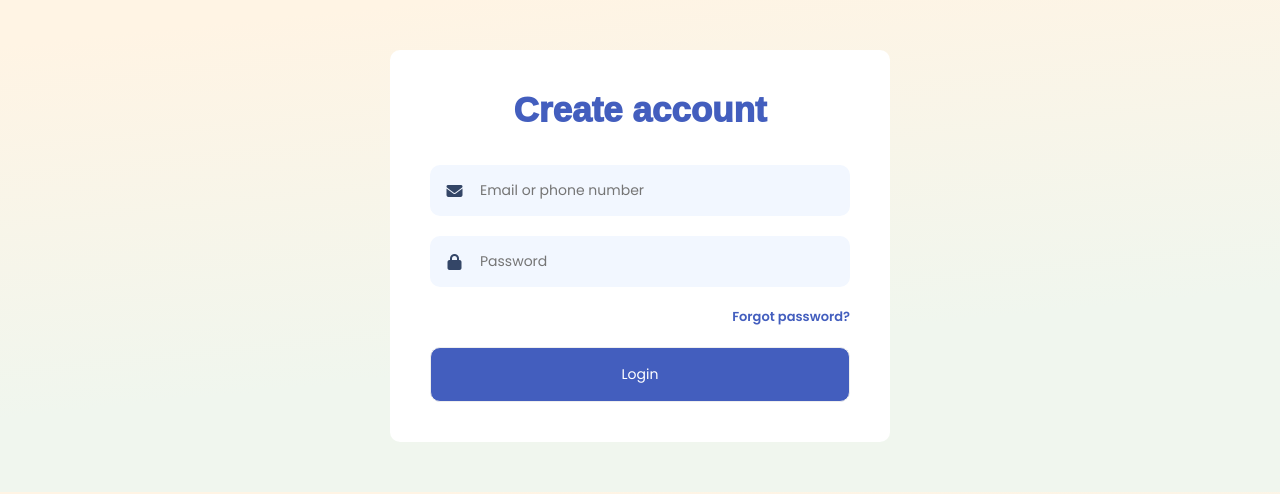
Repository: VuTuanAnh0949/loginForm
Page: index.html
An editor plug-in stored every save of this project. The page is shown before and after the next save, followed by the edit.
The browser window is 1280 px wide. The pictures show the whole page.

Above is the page before, as saved 2022-04-15 21:10:52.

After the next save:
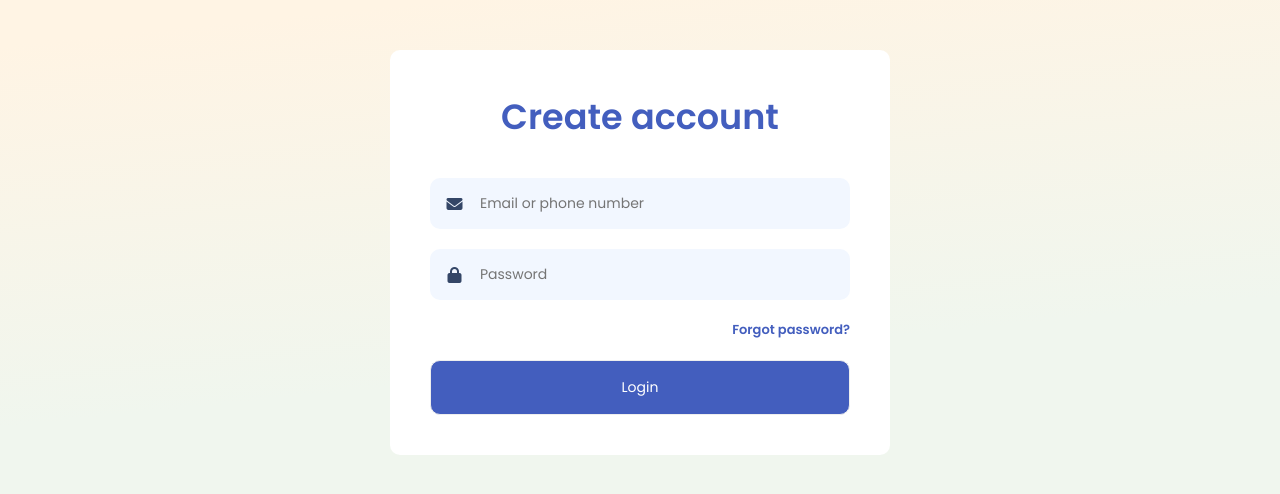
Saved 15 s later.
--- a/style.css
+++ b/style.css
@@ -17,7 +17,7 @@ border-radius: 10px;
 }
 .login__heading{
   font-size: 35px;
-  font-family: Arial, Helvetica, sans-serif;
+  font-family: "Poppins", sans-serif;
   color: #435ebe;
   font-weight: 1000;
   text-align: center;
